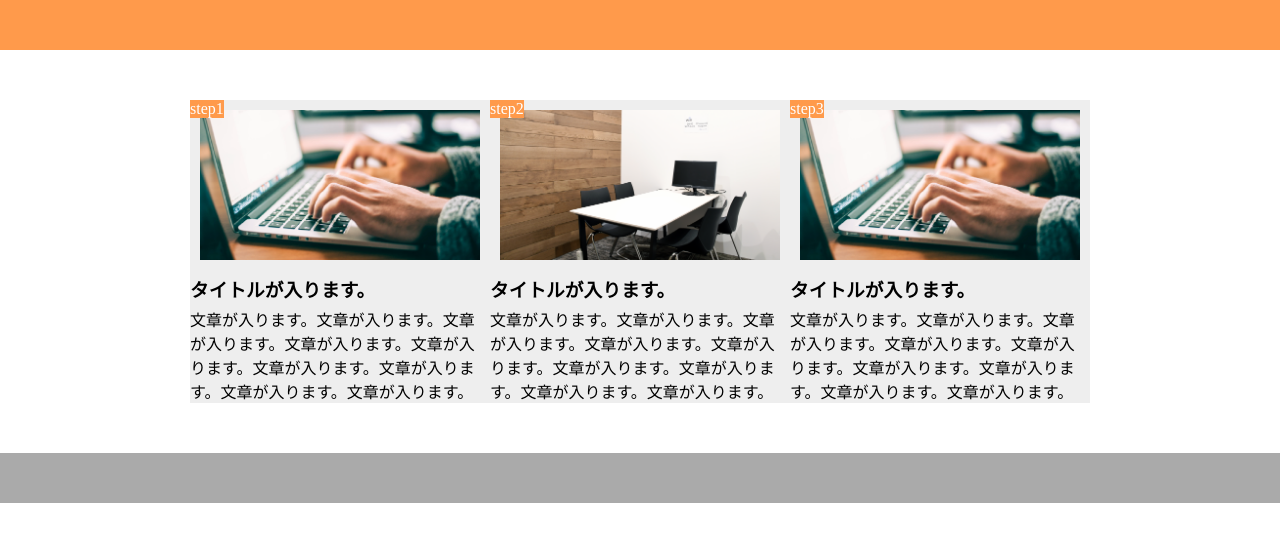
Repository: papisi-zu/book1
Page: exercises9/exercises9.html
The author's editor kept a record of every edit. The page is drawn from the files as they stood at one moment, then again after the next edit.
The browser window is 1280 px wide. The pictures show the whole page.

Above is the page before.

After the next edit:
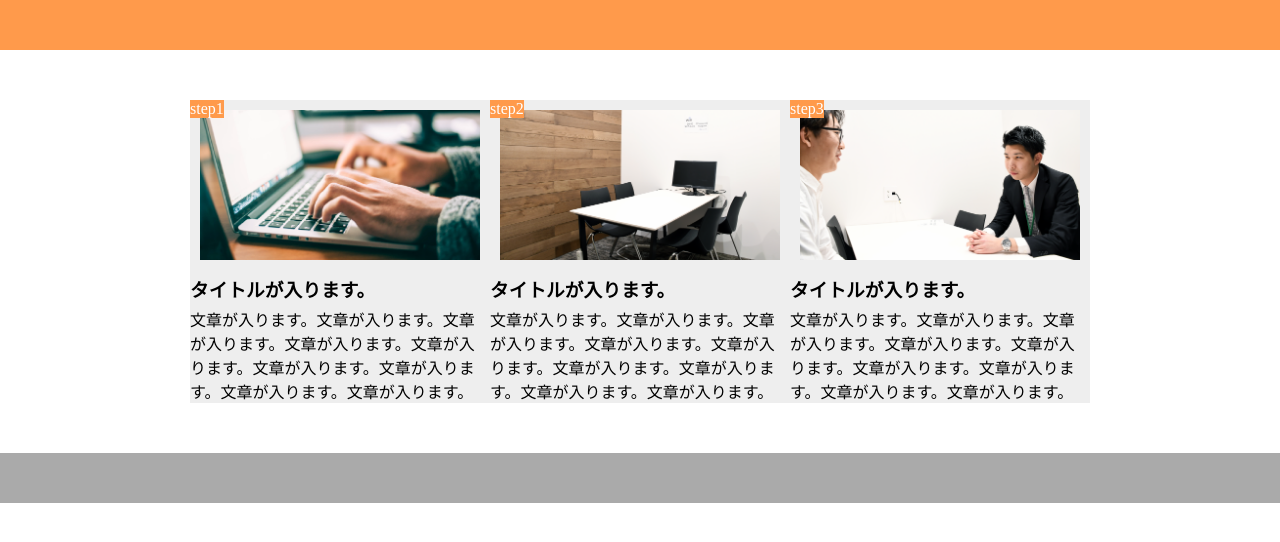
The edit:
--- a/exercises9/exercises9.css
+++ b/exercises9/exercises9.css
@@ -53,7 +53,7 @@
 
 .step-image3 {
   height: 150px;
-  background-image: url(img/flow01.png);
+  background-image: url(img/flow03.png);
   background-size: cover;
   background-position: bottom;
   display: block;
